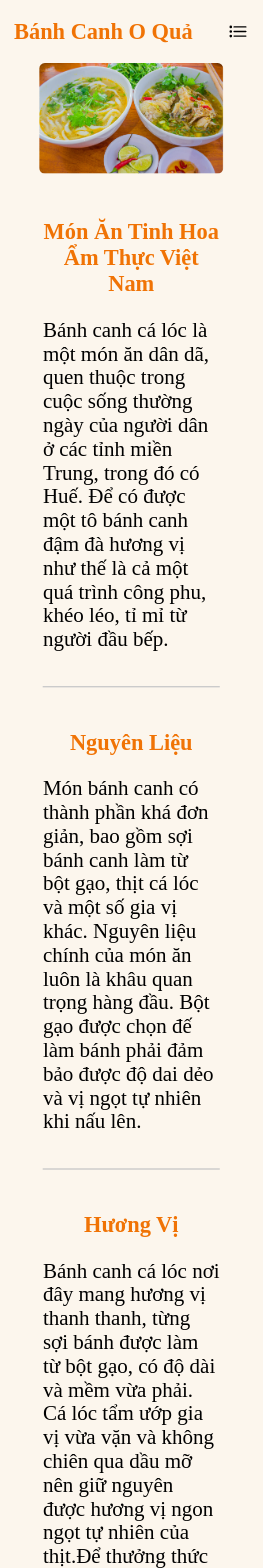
Repository: LeCongTuan2608/AmThuc
Page: public/index.html
An editor plug-in stored every save of this project. The page is shown before and after the next save, followed by the edit.
The browser window is 375 px wide. The pictures show the part of the page from y = 0 to 2240 px (the page is 4379 px tall before and 4129 px after), at 70% of full size.
Some web fonts or font styles are not loaded; a fallback is used. The style sheet was rebuilt from its Sass, Less or Tailwind sources for each picture, by a compiler version that may differ from the author's.

Above is the page before, as saved 2022-04-15 12:10:05.

### public/index.html
<!DOCTYPE html>
<html lang="en">
   <head>
      <meta charset="UTF-8" />
      <meta http-equiv="X-UA-Compatible" content="IE=edge" />
      <meta name="viewport" content="width=device-width, initial-scale=1.0" />
      <link rel="stylesheet" href="../sass/css/index.css" />
      <link rel="stylesheet" href="../Javascript/app.js" />

      <script type="module" src="https://unpkg.com/ionicons@5.5.2/dist/ionicons/ionicons.esm.js"></script>
      <script nomodule src="https: // unkg .com / ionicons @ 5.5.2 / dist / ionicons / ionicons.js "></script>

      <link rel="preconnect" href="https://fonts.googleapis.com" />
      <link rel="preconnect" href="https://fonts.gstatic.com" crossorigin />
      <link href="https://fonts.googleapis.com/css2?family=Updock&display=swap" rel="stylesheet" />
      <title>Bánh Canh O Quả</title>
   </head>
   <body>
      <header>
         <div id="header">
            <h1>Bánh Canh O Quả</h1>
            <ion-icon name="list-outline"></ion-icon>
         </div>
      </header>
      <main>
         <div id="container">
            <div id="top">
               <div id="image">
                  <img src="../images/anh-3.png" alt="" />
               </div>
            </div>
            <div id="middle">
               <div id="contents">
                  <div id="story" class="posts">
                     <h1>Món Ăn Tinh Hoa Ẩm Thực Việt Nam</h1>
                     <p>
                        Bánh canh cá lóc là một món ăn dân dã, quen thuộc trong cuộc sống thường ngày của người dân ở
                        các tỉnh miền Trung, trong đó có Huế. Để có được một tô bánh canh đậm đà hương vị như thế là cả
                        một quá trình công phu, khéo léo, tỉ mỉ từ người đầu bếp.
                     </p>
                  </div>
                  <div id="ingredient" class="posts">
                     <h1>Nguyên Liệu</h1>
                     <p>
                        Món bánh canh có thành phần khá đơn giản, bao gồm sợi bánh canh làm từ bột gạo, thịt cá lóc và
                        một số gia vị khác. Nguyên liệu chính của món ăn luôn là khâu quan trọng hàng đầu. Bột gạo được
                        chọn đế làm bánh phải đảm bảo được độ dai dẻo và vị ngọt tự nhiên khi nấu lên.
                     </p>
                  </div>
                  <div id="taste" class="posts">
                     <h1>Hương Vị</h1>
                     <p>
                        Bánh canh cá lóc nơi đây mang hương vị thanh thanh, từng sợi bánh được làm từ bột gạo, có độ dài
                        và mềm vừa phải. Cá lóc tẩm ướp gia vị vừa vặn và không chiên qua dầu mỡ nên giữ nguyên được
                        hương vị ngon ngọt tự nhiên của thịt.Để thưởng thức bánh canh cá lóc một cách trọn vẹn, người ta
                        thường nêm thêm sa tế tạo vị cay cay, tê tê cũng như màu sắc hấp dẫn cho món ăn. Ngoài ra, bánh
                        canh cá lóc nên ăn kèm với rau đắng và giá đỗ để tạo sự lạ miệng, bớt ngấy.
                     </p>
                  </div>
                  <div id="price" class="posts">
                     <h1>Giá Thành</h1>
                     <p>
                        Chỉ từ 20.000 vnd - 50.000 vnd, bạn đã có thể thưởng thức một tô bánh canh cá lóc ngon lành nóng
                        hổi đầy ắp thịt cá.
                     </p>
                  </div>
                  <div id="address" class="posts">
                     <h1>Địa Chỉ</h1>
                     <p>Đường 30/4 số 77 thị trấn Ngãi Giao, huyện Châu Đức, tỉnh Bà Rịa Vũng Tàu</p>
                  </div>
               </div>
            </div>
         </div>
      </main>
      <footer></footer>
   </body>
</html>

### sass/index.scss
@import './variables';
html{
    font-size: 100%;
    width: 100%;
    height: 100%;
}
*{
    margin: 0;
    padding: 0;
}
body{
    width: 100%;
    height: 100%;
    background-color: $background_Color;
}
header #header{
    display: flex;
    height: 50px;
    padding: 20px;
    align-items: center;
    justify-content: space-between;
}
#header h1{
    color: $words_Color;
    cursor: pointer;
    font-family: $words_font;
}
#header ion-icon{
    font-size: 30px;
    cursor: pointer;
}
main{
    width: 100%;
    display: flex;
    justify-content: center;
}
main #container{
    height: auto;
    display: flex;
    width: 70%;
    flex-direction: column;
    // justify-content: center;

}
#top {
    height: 45%;
}
#image{
    height: 100%;
    background-size: cover;
}
#image img{
    width: 100%;
    height: 100%;
    border-radius: 8px;
    background-size: cover;
}
#contents{
    width: auto;
    height: auto;
    padding: 30px 25px 30px 25px;
}
.posts{
    border-bottom-style: solid;
    border-width: 2px;
    border-color: #cbcbcb;
    padding-bottom: 50px;
}
.posts h1{
    color: $words_Color;
    text-align: center;
    margin: 60px 0 30px 0;
    font-family: $words_font;
}
.posts p{
    font-size: $font_Size;
    font-family: $words_font;
}

footer{
    height: 200px;
    background-color: $words_Color;
}
@media screen and (max-width: 376px) {
    #contents{
        width: auto;
        height: auto;
        padding: 5px 5px 10px 5px;
    }
}

### sass/variables.scss
$background_Color: #fcf6ed;
$words_Color: #f07305;
$words_font: 'Updock', cursive;
$font_Size: 30px;

Loaded but not shown: Javascript/app.js (no stored copy; drawn as an empty file)

After the next save:
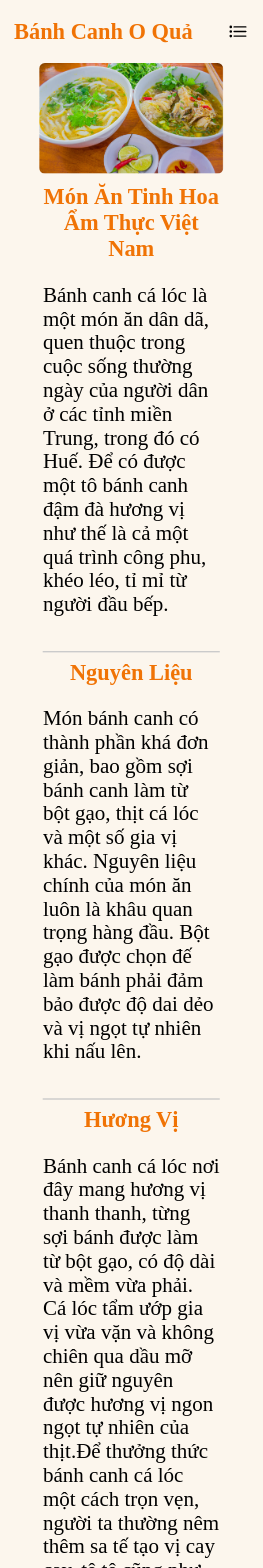
Saved 58 s later.
--- a/sass/index.scss
+++ b/sass/index.scss
@@ -87,4 +87,10 @@ footer{
         height: auto;
         padding: 5px 5px 10px 5px;
     }
+    .posts h1{
+        color: $words_Color;
+        text-align: center;
+        margin: 10px 0 30px 0;
+        font-family: $words_font;
+    }
 }
